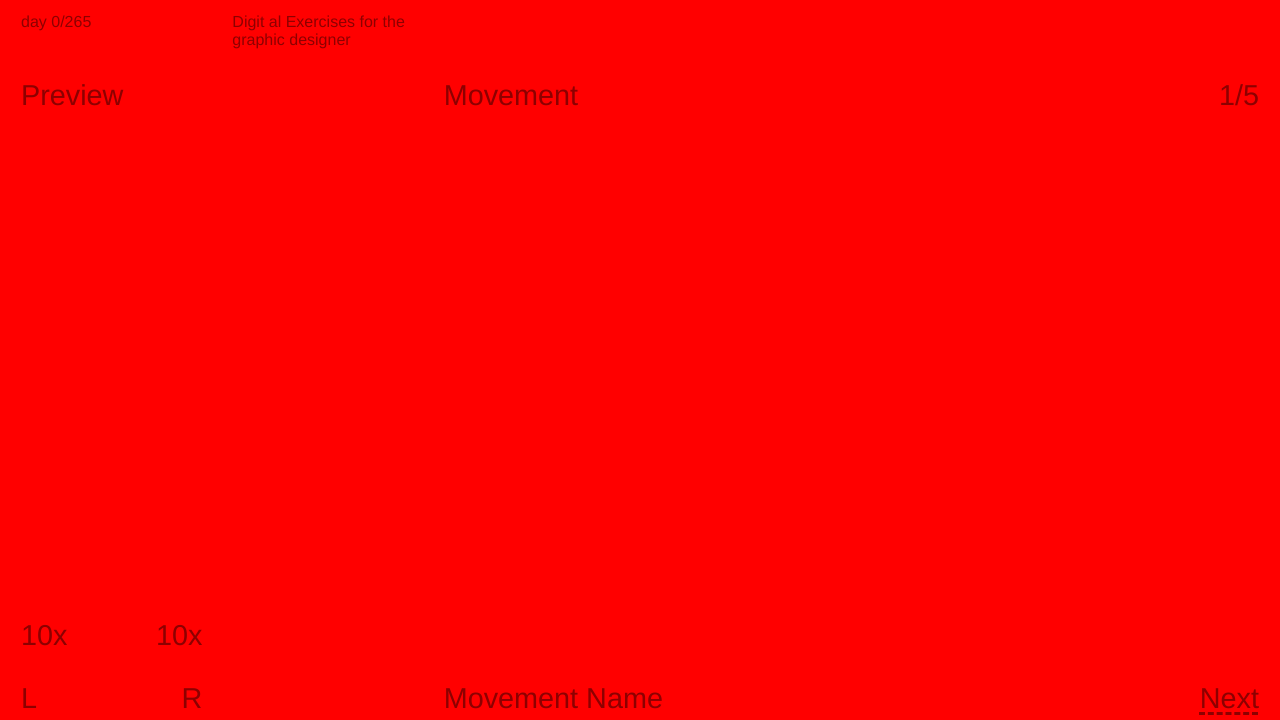
Repository: NoIdeasStudio/holiday-card-2024
Page: digit-al-exercises.html
An editor plug-in stored every save of this project. The page is shown before and after the next save, followed by the edit.
The browser window is 1280 px wide. The pictures show the whole page.

Above is the page before, as saved 2024-12-04 12:57:34.

### digit-al-exercises.html
<!DOCTYPE html>
<html lang="en">
<head>
    <meta charset="UTF-8">
    <meta name="viewport" content="width=device-width, initial-scale=1.0">
    <title>digit-al exercises</title>
    <link rel="stylesheet" href="style.css">
</head>
<body>

    <div class="wrapper">
        <header class="small-text header-1">day 0/265</header>
        <header class="small-text header-2">Digit al Exercises for the graphic designer</header>

        <content class="large-text content-header-1">Preview</content>
        <content class="large-text content-header-2">Movement</content>
        <content class="large-text content-header-3"><a href="http://"></a>1/5</content>

        <footer class="large-text content-footer-1">10x 10x</footer>
        <footer class="large-text content-footer-2">L R</footer>
        <footer class="large-text content-footer-3">Movement Name</footer>
        <footer class="large-text content-footer-4"><a href="http://">Next</a></footer>

      </div>

</body>
</html>

### style.css
* {
    box-sizing: border-box;
    background-color: #FF0000;
    color: #8D0000;
  }

  .wrapper {
    height: 100vh;
    width: 100vw;
    position: fixed;
    margin: 0 auto;
    display: grid;
    grid-template-columns: repeat(6, [col-start] 4fr);
    grid-template-rows: repeat(12, [row-start] 4fr);
    gap: 20px;
    padding-left: .5rem;
    padding-right: 1.5rem;
    padding-bottom: .5rem;
  }

  .wrapper > * {
    padding: 5px;
  }

  .large-text{
    font: 1.8em Helvetica, arial, sans-serif;
  }
  .small-text{
    font: 1em Helvetica, arial, sans-serif;
  }
  a{
    text-decoration: underline dashed ;
    text-underline-offset: .15em;
  }
  .header-1{
    grid-column: col-start 1 / span 1;
    grid-row: 1 / 1;
  }
  .header-2{
    grid-column: col-start 2 / span 1;
    grid-row: 1 / 1;
  }
  .content-header-1{
    grid-column: col-start 1 / span 1;
    grid-row: 2 ;
  }
  .content-header-2{
    grid-column: col-start 3 / span 2;
    grid-row: 2 ;
  }
  .content-header-3{
    grid-column: col-start 5 / span 2;
    grid-row: 2 ;
    text-align: right;
  }

  .content-footer-1{
    grid-column: col-start 1 / span 1;
    grid-row: 11 ;
    text-align-last: justify;
  }
  .content-footer-2{
    grid-column: col-start 1 / span 1;
    grid-row: 12 ;
    text-align-last: justify;
  }
  .content-footer-3{
    grid-column: col-start 3 / span 2;
    grid-row: 12 ;
  }
  .content-footer-4{
    grid-column: col-start 5 / span 2;
    grid-row: 12 ;
    text-align: right;
  }



  /* @media (min-width: 500px) {
    .wrapper {
      grid-template-columns: 1fr 3fr;
      grid-template-areas:
        "header  header"
        "nav     nav"
        "sidebar content"
        "ad      footer";
    }
    nav ul {
      display: flex;
      justify-content: space-between;
    }
  } */

  /* @media (min-width: 700px) {
    .wrapper {
      grid-template-columns: 1fr 4fr 1fr;
      grid-template-areas:
        "header header  header"
        "nav    content sidebar"
        "nav    content ad"
        "footer footer  footer";
    }
    nav ul {
      flex-direction: column;
    }
  } */

After the next save:
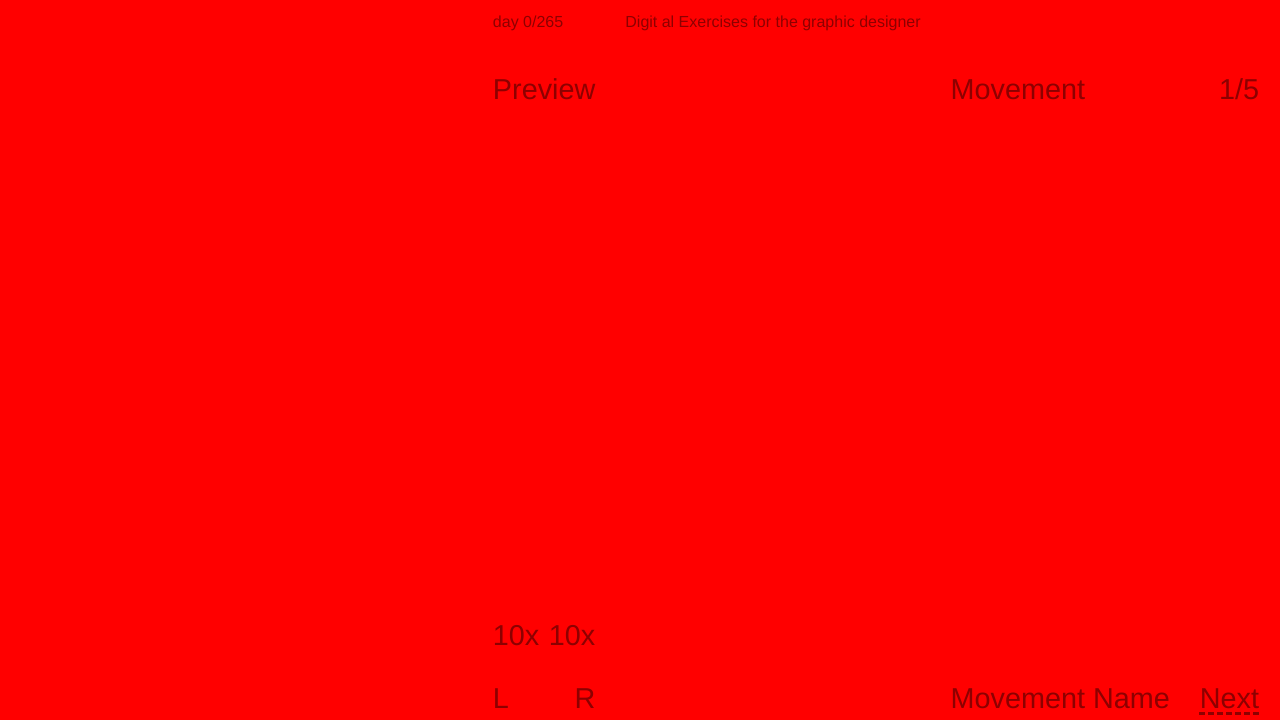
Saved 101 s later.
--- a/style.css
+++ b/style.css
@@ -76,7 +76,7 @@
 
 
 
-  /* @media (min-width: 500px) {
+  @media (min-width: 500px) {
     .wrapper {
       grid-template-columns: 1fr 3fr;
       grid-template-areas:
@@ -89,7 +89,7 @@
       display: flex;
       justify-content: space-between;
     }
-  } */
+  }
 
   /* @media (min-width: 700px) {
     .wrapper {

After the save that followed:
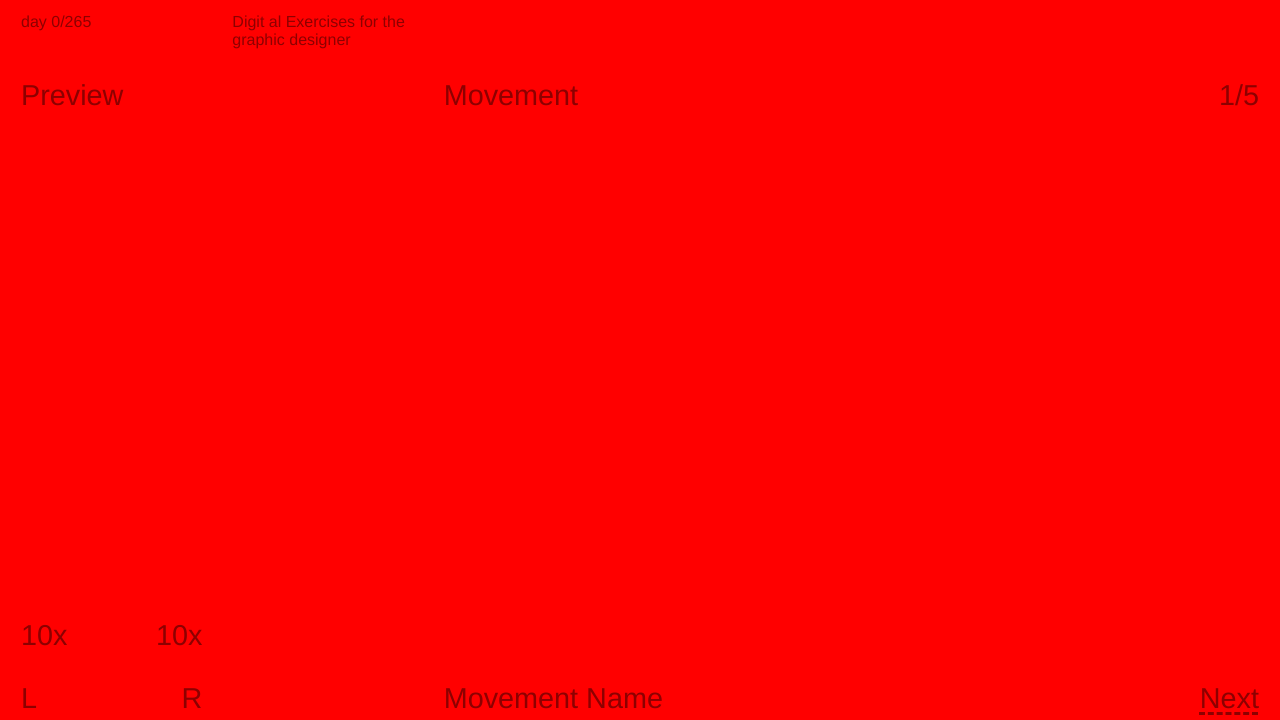
Saved 11 s later.
--- a/style.css
+++ b/style.css
@@ -78,17 +78,7 @@
 
   @media (min-width: 500px) {
     .wrapper {
-      grid-template-columns: 1fr 3fr;
-      grid-template-areas:
-        "header  header"
-        "nav     nav"
-        "sidebar content"
-        "ad      footer";
-    }
-    nav ul {
-      display: flex;
-      justify-content: space-between;
-    }
+
   }
 
   /* @media (min-width: 700px) {
